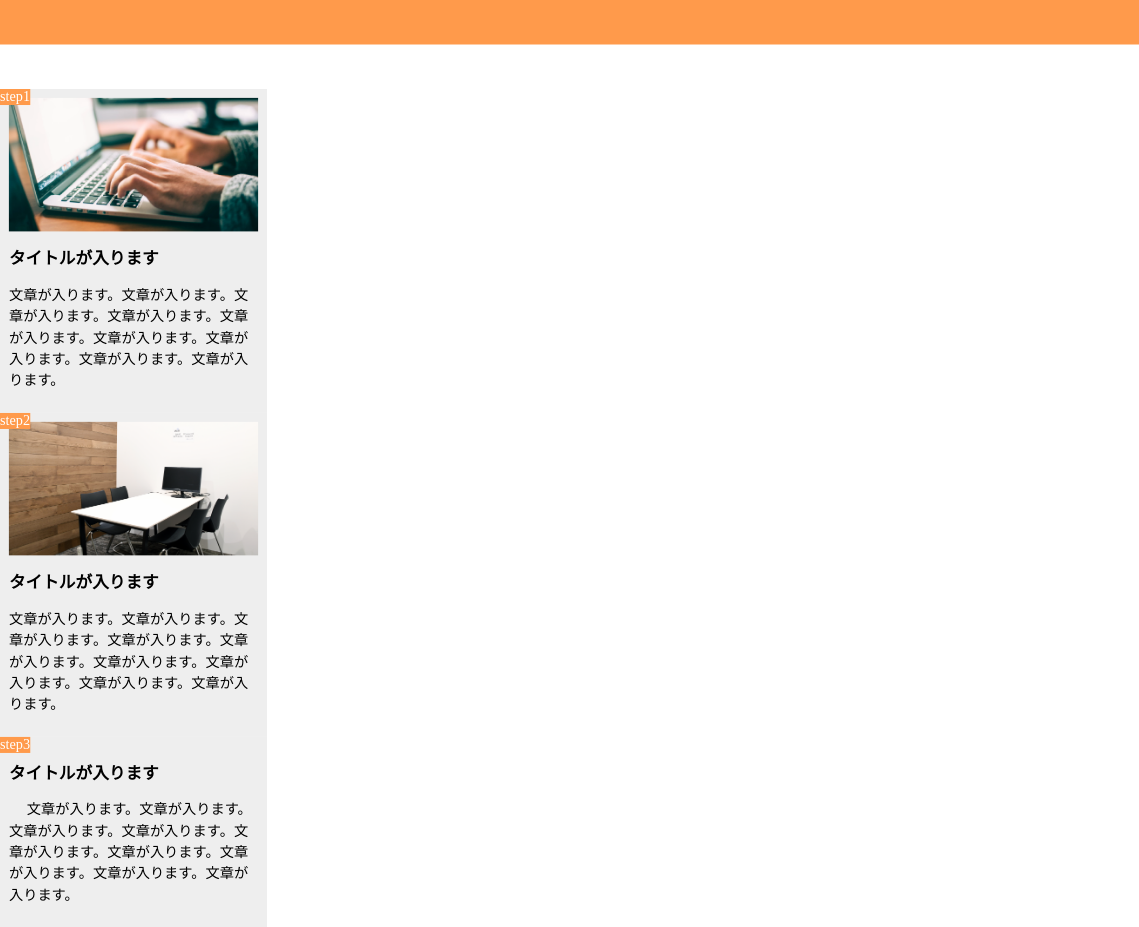
Repository: suetsugumariko/git-practice
Page: sites/sample.html
The author's editor kept a record of every edit. The page is drawn from the files as they stood at one moment, then again after the next edit.
The browser window is 1280 px wide. The pictures show the whole page, at 89% of full size.

Above is the page before.

### sites/sample.html
<!DOCTYPE html>
<html lang="ja">

  <head>

    <meta charset="UTF-8" />
    <title>HTML　課題問題1</title>
    <!--CSSファイルの読み込み-->
    <link rel="stylesheet" href="sample.css" />

  </head>

  <body>
    <!--header用のdiv-->
    <header class="header"></header>
    <!--main-visual用のdiv-->
    <!--min用のdiv-->
   <main>
     <div class="step-box">
     <div class="step-img1"></div>
     <span class="step-num">step1</span>
     <h3 class="title">タイトルが入ります</h3>
     <p class="text">
     文章が入ります。文章が入ります。文章が入ります。文章が入ります。文章が入ります。文章が入ります。文章が入ります。文章が入ります。文章が入ります。
     </p>
     </div>

    <div class="step-box">
    <div class="step-img2"></div>
    <span class="step-num">step2</span>
    <h3 class="title">タイトルが入ります</h3>
    <p class="text">
    文章が入ります。文章が入ります。文章が入ります。文章が入ります。文章が入ります。文章が入ります。文章が入ります。文章が入ります。文章が入ります。
    </p>
    </div>

   <div class="step-box">
   <div class="step-img3"></div>
   <span class="step-num">step3</span>
   <h3 class="title">タイトルが入ります</h3>
   <p class="text">
　 文章が入ります。文章が入ります。文章が入ります。文章が入ります。文章が入ります。文章が入ります。文章が入ります。文章が入ります。文章が入ります。
   </p>
   </div>
 </main>

   <!--footer用のdiv-->
   <footer class="footer"></footer>

  </body>

</html>

### sites/sample.css

*{
  box-sizing: broder-box;
  margin: 0;
  padding: 0;
 }

.html {
  display: block;
}
.head {
  display: none;
}
.meta{
  display: none;
}
.title {
  display: block;
}
.link{
  display: none;
}
.body {
  display: black;
  margin: 0px;
}
.header{
  height: 50px;
  background-color: #FF9a4b;
  margin-bottom: 50px;
  display: block;
}
main {
    display: block;
}
.step-img1 {
    height: 150px;
    background-image: url(img/flow01.png);
    background-position: bottom;
    background-size: cover;
}
* {
    box-sizing: border-box;
    margin: 0;
    padding: 0;
}
div {
    display: block;
}
.step-box {
    width: 300px;
    margin-right: 30px;
    padding: 10px;
    position: relative;
    background-color: #eee;
}
.step-num {
    position: absolute;
    top: 0;
    left: 0;
    background-color: #ff9a4b;
    color: #fff;
}

* {
    box-sizing: border-box;
    margin: 0;
    padding: 0;
}
.title {
    margin: 15px 0 5px;
}
* {
    box-sizing: border-box;
    margin: 0;
    padding: 0;
}
h3 {
    display: block;
    font-size: 1.17em;
    margin-block-start: 1em;
    margin-block-end: 1em;
    margin-inline-start: 0px;
    margin-inline-end: 0px;
    font-weight: bold;
}
* {
    box-sizing: border-box;
    margin: 0;
    padding: 0;
}
user agent stylesheet
p {
    display: block;
    margin-block-start: 1em;
    margin-block-end: 1em;
    margin-inline-start: 0px;
    margin-inline-end: 0px;
}
.step-box {
    width: 300px;
    margin-right: 30px;
    padding: 10px;
    position: relative;
    background-color: #eee;
}

* {
    box-sizing: border-box;
    margin: 0;
    padding: 0;
}
div {
    display: block;
}

.step-img2 {
    height: 150px;
    background-image: url(img/flow02.png);
    background-position: bottom;
    background-size: cover;
}
* {
    box-sizing: border-box;
    margin: 0;
    padding: 0;
}
div {
    display: block;
}

.step-num {
    position: absolute;
    top: 0;
    left: 0;
    background-color: #ff9a4b;
    color: #fff;
}
.title {
    margin: 15px 0 5px;
}
.title {
    margin: 15px 0 5px;
}
* {
    box-sizing: border-box;
    margin: 0;
    padding: 0;
}
user agent stylesheet
h3 {
    display: block;
    font-size: 1.17em;
    margin-block-start: 1em;
    margin-block-end: 1em;
    margin-inline-start: 0px;
    margin-inline-end: 0px;
    font-weight: bold;
}
* {
    box-sizing: border-box;
    margin: 0;
    padding: 0;
}
p {
    display: block;
    margin-block-start: 1em;
    margin-block-end: 1em;
    margin-inline-start: 0px;
    margin-inline-end: 0px;
}
* {
    box-sizing: border-box;
    margin: 0;
    padding: 0;
}
p {
    display: block;
    margin-block-start: 1em;
    margin-block-end: 1em;
    margin-inline-start: 0px;
    margin-inline-end: 0px;
}
.step-box {
    width: 300px;
    margin-right: 30px;
    padding: 10px;
    position: relative;
    background-color: #eee;
}
* {
    box-sizing: border-box;
    margin: 0;
    padding: 0;
}
div {
    display: block;
}


* {
    box-sizing: border-box;
    margin: 0;
    padding: 0;
}
p {
    display: block;
    margin-block-start: 1em;
    margin-block-end: 1em;
    margin-inline-start: 0px;
    margin-inline-end: 0px;
}
h3 {
    display: block;
    font-size: 1.17em;
    margin-block-start: 1em;
    margin-block-end: 1em;
    margin-inline-start: 0px;
    margin-inline-end: 0px;
    font-weight: bold;
}
* {
    box-sizing: border-box;
    margin: 0;
    padding: 0;
}
p {
    display: block;
    margin-block-start: 1em;
    margin-block-end: 1em;
    margin-inline-start: 0px;
    margin-inline-end: 0px;
}














* {
    box-sizing: border-box;
    margin: 0;
    padding: 0;
}
.step-box {
    width: 300px;
    margin-right: 30px;
    padding: 10px;
    position: relative;
    background-color: #eee;
}
.step-img1 {
    height: 150px;
    background-image: url(img/flow01.png);
    background-position: bottom;
    background-size: cover;
｝
　.step-num {
    position: absolute;
    top: 0;
    left: 0;
    background-color: #ff9a4b;
    color: #fff
  ｝
  .title {
    margin: 15px 0 5px;
}
* {
    box-sizing: border-box;
    margin: 0;
    padding: 0;
}
user agent stylesheet
h3 {
    display: block;
    font-size: 1.17em;
    margin-block-start: 1em;
    margin-block-end: 1em;
    margin-inline-start: 0px;
    margin-inline-end: 0px;
    font-weight: bold;
  ｝
  margin








* {
.box1 {
  width: 100%;
  height: 500px;
  background-color: white;
}

.box2 {
  width: 90%;
  height: 150px;
  background-color: blue;
  /* 指定方法（box2の周囲すべてに枠線を設定する場合） */
  border: 5px solid yellow;

.step-img1 {
  heoght: 150px;
  background-image: url(img/flow01.png);
  background-position: bottom;
  background-size: cover;
}

.step-img2 {
  heoght: 150px;
  background-image: url(img/flow02.png);
  background-position: bottom;
  background-size: cover;
}
.step-img3 {
  heoght: 150px;
  background-image: url(img/flow03.png);
  background-position: bottom;
  background-size: cover;
}

.footer{
  width: 100%;
  height: 50px;
  background-color: #808080;
  margin-top: 50px;
}

After the next edit:
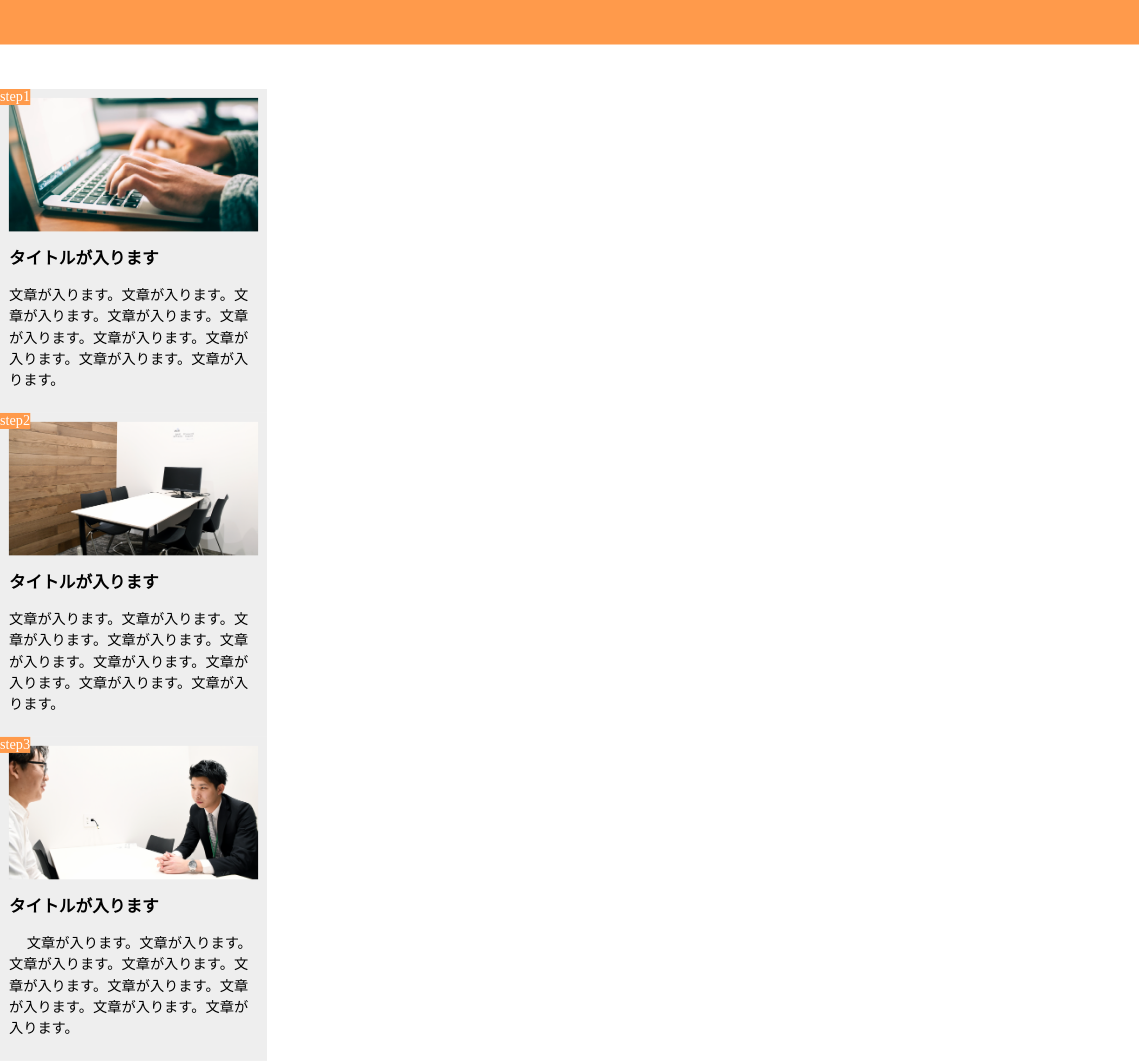
The edit:
--- a/sites/sample.css
+++ b/sites/sample.css
@@ -196,8 +196,40 @@
 div {
     display: block;
 }
-
-
+.step-box:last-child {
+    margin-right: 0;
+}
+.step-box {
+    width: 300px;
+    margin-right: 30px;
+    padding: 10px;
+    position: relative;
+    background-color: #eee;
+}
+* {
+    box-sizing: border-box;
+    margin: 0;
+    padding: 0;
+}
+div {
+    display: block;
+}
+.step-img3 {
+    height: 150px;
+    background-image: url(img/flow03.png);
+    background-position: bottom;
+    background-size: cover;
+}
+
+* {
+    box-sizing: border-box;
+    margin: 0;
+    padding: 0;
+}
+user agent stylesheet
+div {
+    display: block;
+}
 * {
     box-sizing: border-box;
     margin: 0;
